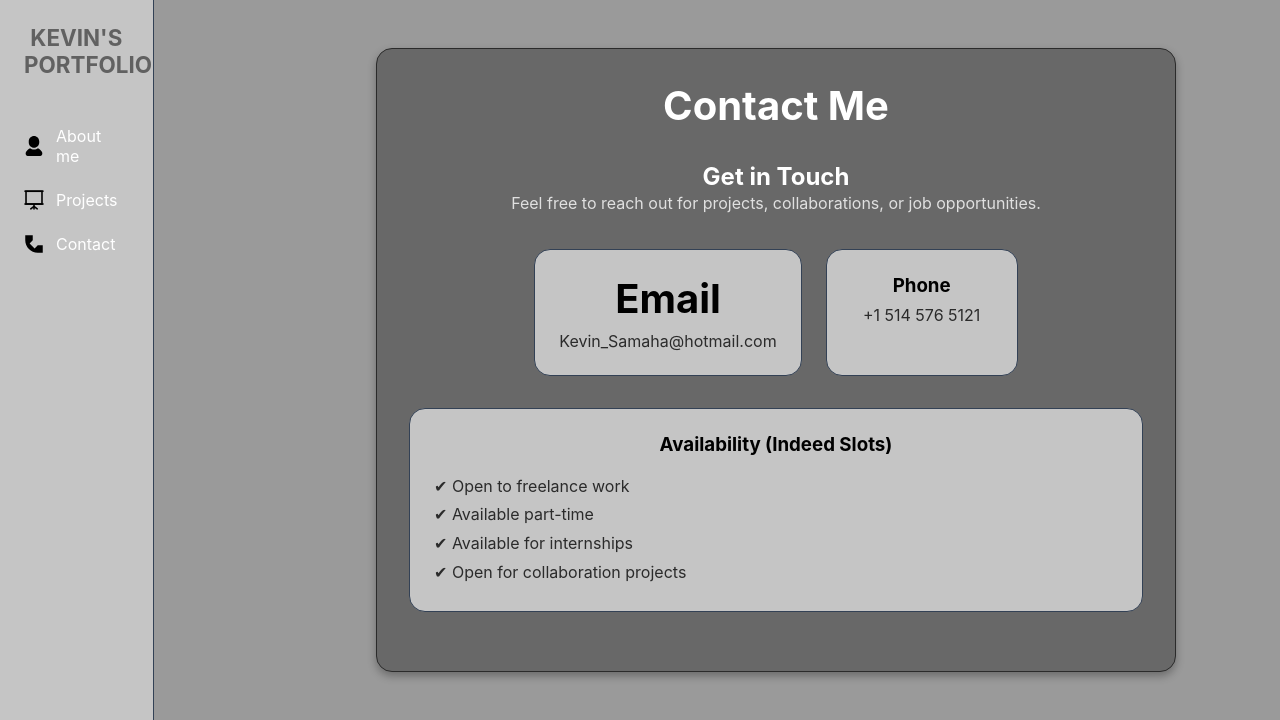
Repository: KevinSamaha/Kevin_Samaha
Page: pages/contact.html
An editor plug-in stored every save of this project. The page is shown before and after the next save, followed by the edit.
The browser window is 1280 px wide. The pictures show the whole page.

Above is the page before, as saved 2026-05-13 23:36:53.

After the next save:
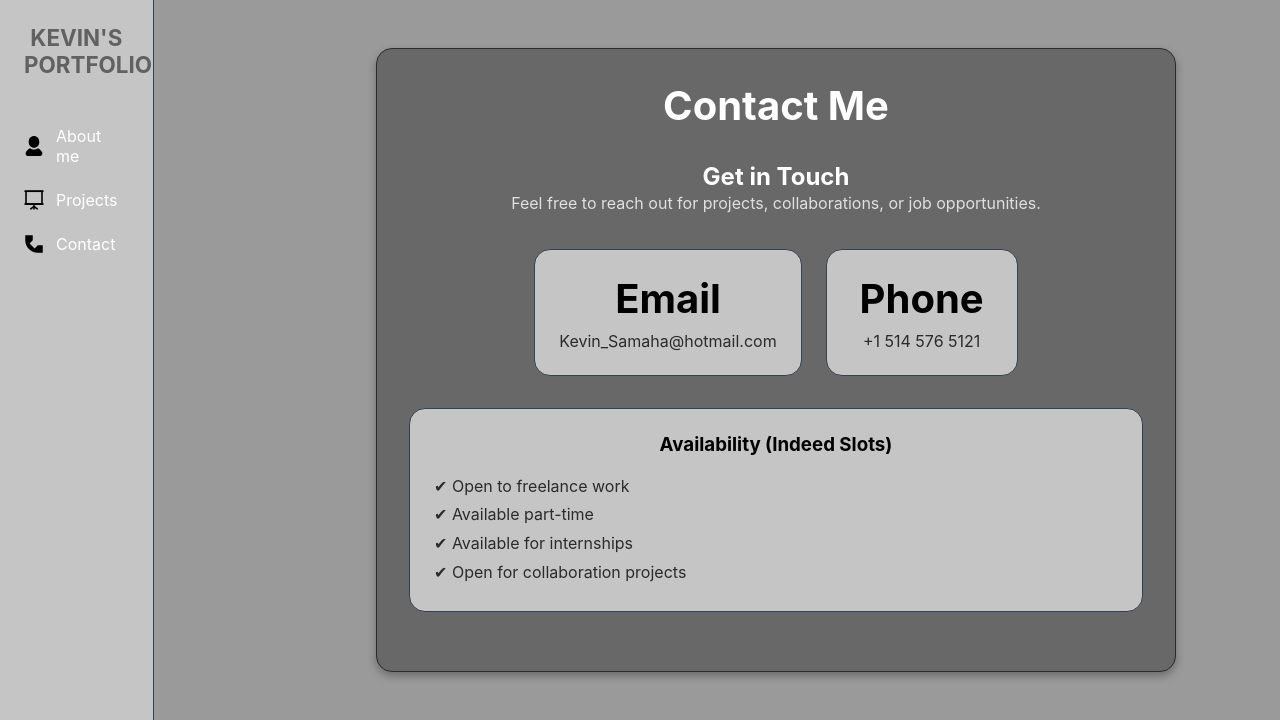
Saved 32 s later.
--- a/pages/contact.html
+++ b/pages/contact.html
@@ -56,12 +56,12 @@
         <section class="contact-info">
           <article class="info-box">
             <h3 class="title">Email</h3>
-            <p>Kevin_Samaha@hotmail.com</p>
+            <p class="info">Kevin_Samaha@hotmail.com</p>
           </article>
 
           <article class="info-box">
-            <h3>Phone</h3>
-            <p>+1 514 576 5121</p>
+            <h3 class="title">Phone</h3>
+            <p class="info">+1 514 576 5121</p>
           </article>
         </section>
 
